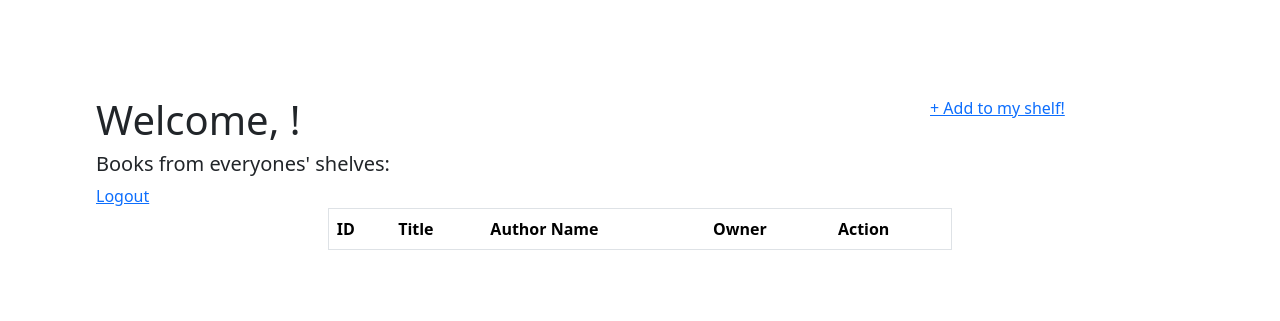
Repository: ShathaMorales/Java-Stack
Page: http://localhost/LoginRegistration/WEB-INF/home.jsp
The author's editor kept a copy of each file at every save. The page is drawn from the files as they stood at one save, then again after the next save.
The browser window is 1280 px wide. The pictures show the whole page.
The page is served by Tomcat 10. Nobody is signed in. The template is opened directly, without the code that normally fills it, so the values that code supplies are empty.

Above is the page before, as saved 2023-05-13 15:16:48.

After the next save:
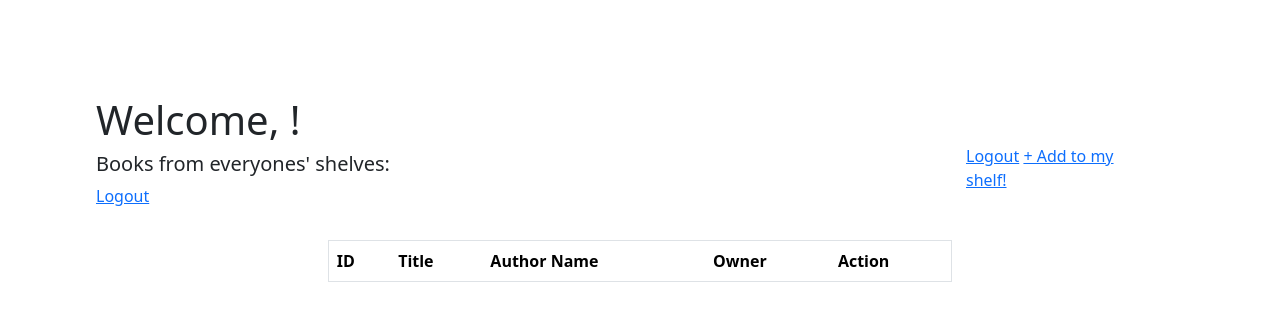
Saved 105 min 11 s later.
--- a/_java/FullSpring/BookBroker/LoginRegistration/src/main/webapp/WEB-INF/home.jsp
+++ b/_java/FullSpring/BookBroker/LoginRegistration/src/main/webapp/WEB-INF/home.jsp
@@ -22,8 +22,8 @@
                 <h5>Books from everyones' shelves:</h5>
                 <a href="/logout">Logout</a>
             </div>
-              <div class = "col-3 ">
-              <!-- <a href="/logout">Logout</a> -->
+              <div class = "col-3 p-5">
+              <a href="/logout">Logout</a>
               <a href="/books/new">+ Add to my shelf!</a>
             </div>
         </div>
